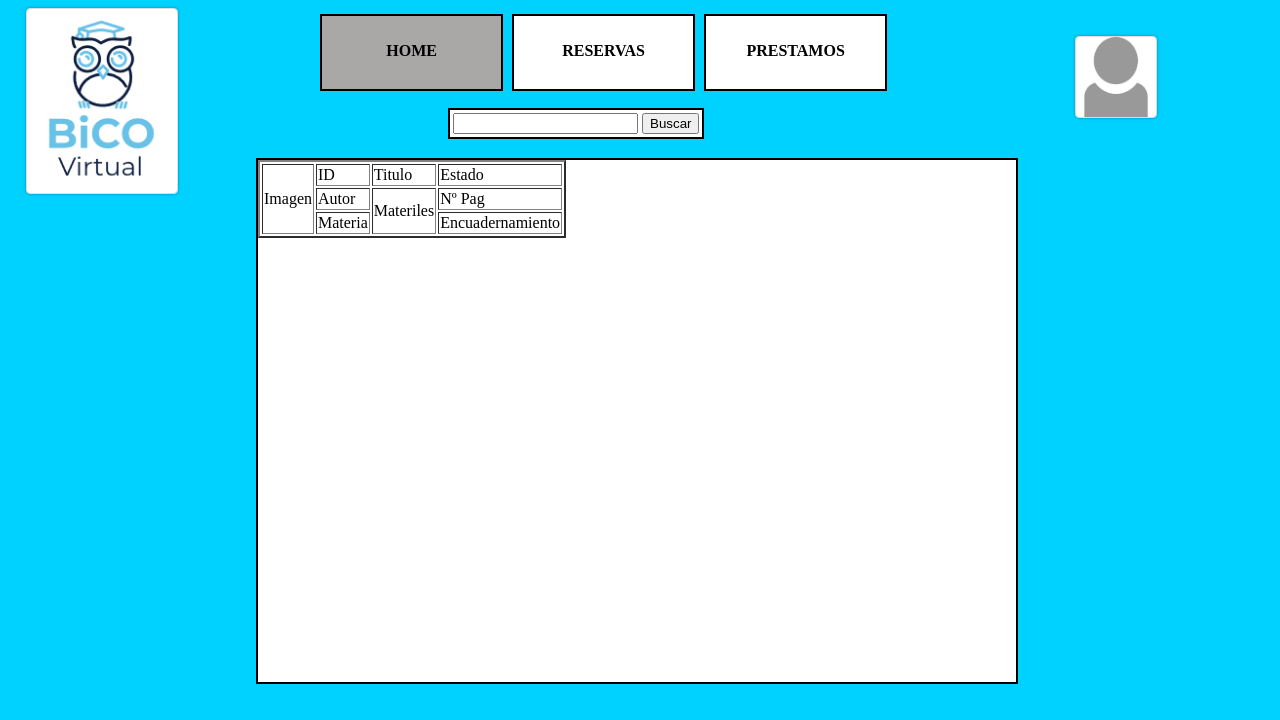
Repository: i72frpeu/IW_Bien
Page: http://localhost/Trabajo_IW/Vistas/Libro.jsp
These files come from the project's save history. The page is drawn as it stood at one moment and after the next save; the edit follows.
The browser window is 1280 px wide. The pictures show the whole page.
The page is served by Tomcat 9. Other server files are loaded and not shown.

Above is the page before, as saved 2020-05-16 18:00:19.

### WorkSpace/Trabajo IW/WebContent/Vistas/Libro.jsp
<%@ page language="java" contentType="text/html; charset=ISO-8859-1" pageEncoding="ISO-8859-1"%>
<%@ include file="../Includes/header.jsp" %>

<!DOCTYPE html>

<html>

<head>
	<meta charset="ISO-8859-1">
	<title>Libro</title>
	<link rel="stylesheet" type="text/css" href="../CSS/header.css">
	<link rel="stylesheet" type="text/css" href="../CSS/wf4.0.css">
</head>

<body>
  <!--Roll de artículos-->

  <div class="buscador">
  	<form>
  		<table>
  		<tr>
  		<td><input type="text" name="buscar" required></td>
  		<td><input type="submit" value="Buscar"></td>
  		</tr>
  		</table>
  	</form>
  </div>

  <div class="div_home">
	<table border = "2px">
		<tr>
			<td rowspan = 4> Imagen </td> <td> ID </td> <td> Titulo </td> <td> Estado </td>
		</tr>
		<tr>
			<td> Autor </td> <td rowspan = 2> Materiles </td> <td> Nº Pag </td>
		</tr>
		<tr>
			<td> Materia </td> <td> Encuadernamiento </td>
		</tr>
	</table>
  </div>

</body>

</html>

### WorkSpace/Trabajo IW/WebContent/Includes/header.jsp
<!DOCTYPE html>
<html>

<head>
	<meta charset="ISO-8859-1">
</head>

<body>
  <header class="main-header">
    <!--Definimos el logo-->
    <img src="../img/logo.PNG" alt="LOGO" class="logo_home">
    <!--Enlace a HOME-->
	<a href="" class="link_home"><strong>HOME</strong></a>
    <!--Enlace a AMIGOS-->
    <a href="" class="link_amigos"><strong>RESERVAS</strong></a>
    <!--Enlace a BUSCADOR-->
    <a href="" class="link_buscador"><strong>PRESTAMOS</strong></a>
    <!--Definimos imagen usuario-->
    <div>
      <img src="../img/profile-42914_960_720.png" alt="IMG_USER" class="img_user">
      <div class="options_user">
        <form>
        </form>
      </div>
    </div>
  </header>
 </body>
 </html>

### WorkSpace/Trabajo IW/WebContent/CSS/header.css
body
{
	background-color: rgb(0,210,255);
}


/*153x100 pixeles*/
.logo_home
{
	position: fixed;
	left: 2%;
	width: 150px;
	margin-right: 5%;
	border: 1px solid #ddd;
  	border-radius: 4px;
  	box-shadow: 0 0 2px 1px rgba(0, 140, 186, 0.5);
}

.img_user
{
	position: fixed;
	left: 82%;
	top: 5%;
	width: 80px;
	height: 80px;
	margin-left: 2%;
	border: 1px solid #ddd;
  	border-radius: 4px;
  	box-shadow: 0 0 2px 1px rgba(0, 140, 186, 0.5);
}
.options_user
{
	position: fixed;
	top: 18%;
	left: 84%;
}


.link_home
{
	background-color: white;
	border: 2px solid black;
	color: black;
	text-decoration: none;
	padding: 2%;
	left: 25%;
	top:2%;
	width: 10%;
	height: 3%;
	text-align: center;
	position: fixed;
}

.link_amigos
{
	background-color: white;
	border: 2px solid black;
	color: black;
	text-decoration: none;
	padding: 2%;
	left: 40%;
	top:2%;
	width: 10%;
	height: 3%;
	text-align: center;
	position: fixed;
}

.link_buscador
{
	background-color: white;
	border: 2px solid black;
	color: black;
	text-decoration: none;
	padding: 2%;
	left: 55%;
	top:2%;
	width: 10%;
	height: 3%;
	text-align: center;
	position: fixed;
}

.link_foro
{
	background-color: white;
	border: 2px solid black;
	color: black;
	text-decoration: none;
	padding: 2%;
	left: 65%;
	top:2%;
	width: 10%;
	height: 3%;
	text-align: center;
	position: fixed;
}

div.div_lista_amigos
{
	background-color: white;
	border: 2px solid black;
	position: fixed;
	left: 2%;
	top: 40%;
	width: 10%;
	height: 45%;
	padding: 2%;
	overflow: auto;
}

.boton_cir
{
	border-radius: 200px 200px 200px 200px;
	-moz-border-radius: 200px 200px 200px 200px;
	-webkit-border-radius: 200px 200px 200px 200px;
	left: 85%;
	top: 75%;
	width: 100px;
	height: 100px;
	font-size: 80px;
	position: fixed;
	border: 0;
	color: white;
	background-color: rgb(0, 46, 255);
	box-shadow: 0 4px 8px 0 rgba(0, 0, 0, 0.2), 0 6px 20px 0 rgba(0, 0, 0, 0.19);
 }

a.sobre
{
	position: fixed;
	left: 30%;
	top: 96%;
}

a.tecnico
{
	position: fixed;
	left: 60%;
	top: 96%;
}

.div_home
{
	background-color: white;
	border: 2px solid black;
	position: fixed;
	left: 20%;
	right: 20.5%;
	top:22%;
	bottom: 5%;
	color: black;
	overflow: auto;
}

.img_user_2
{
	top: 5px;
	left: 5px;
	height: 50px;
	width: 50px;
	border: 1px solid #ddd;
  	border-radius: 4px;
}
table.uno
{
	border: 2px solid black;
	border-spacing: 20px 10px;

	width: 100%;

}

table.dos
{
	border: 2px solid white;
	border-spacing: 10px;
	width: 100%;

}
.td_user_des
{
	border: 2px solid black;
	width: 100%;
}

.buscador
{
	position: relative;
	top: 2%;
	left: 15%;

}
.q_buscador
{
	width: 60%;
}

### WorkSpace/Trabajo IW/WebContent/CSS/wf4.0.css
.link_home
{
	background-color: rgb(170, 167, 167);
}

div.buscador
{
	background-color: white;
	border: 2px solid black;
	position: fixed;
	top: 15%;
	left: 35%;
}

After the next save:
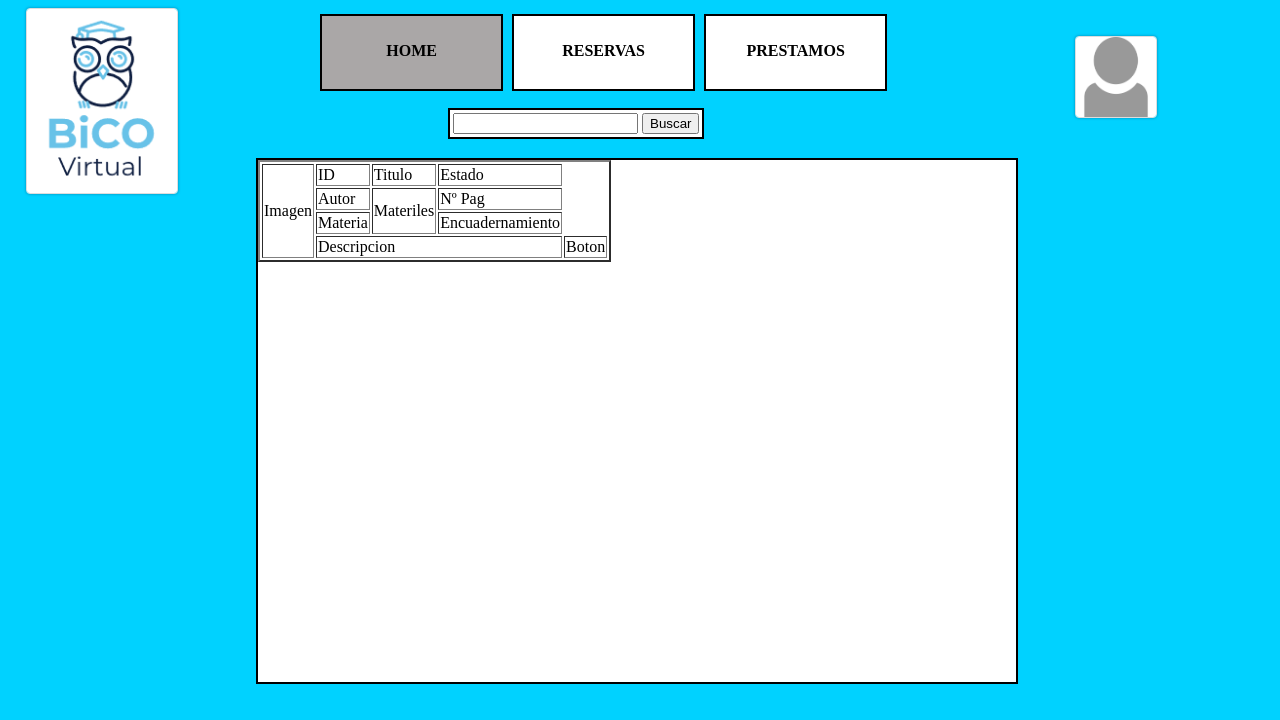
Saved 46 s later.
--- a/WorkSpace/Trabajo IW/WebContent/Vistas/Libro.jsp
+++ b/WorkSpace/Trabajo IW/WebContent/Vistas/Libro.jsp
@@ -37,6 +37,9 @@
 		<tr>
 			<td> Materia </td> <td> Encuadernamiento </td>
 		</tr>
+		<tr>
+			<td colspan = 3> Descripcion </td> <td> Boton </td>
+		</tr>
 	</table>
   </div>
 
